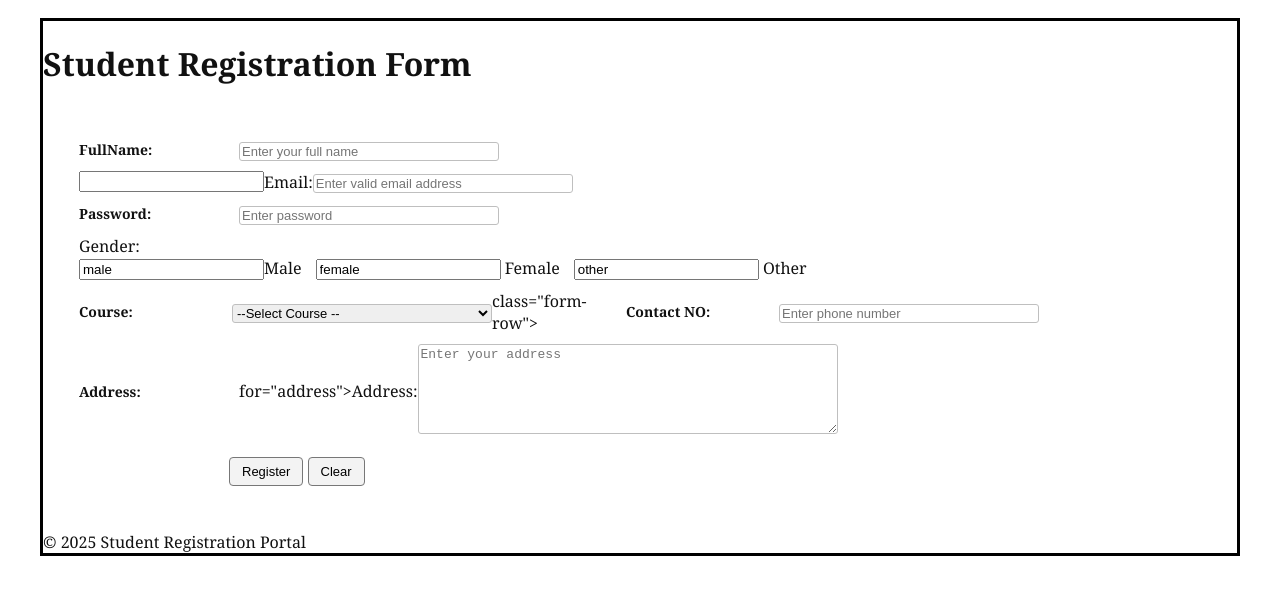
Repository: Glory998/ELCE1-32
Page: experiment5.html
These files come from the project's save history. The page is drawn as it stood at one moment and after the next save; the edit follows.
The browser window is 1280 px wide. The pictures show the whole page.

Above is the page before, as saved 2025-10-22 21:33:59.

After the next save:
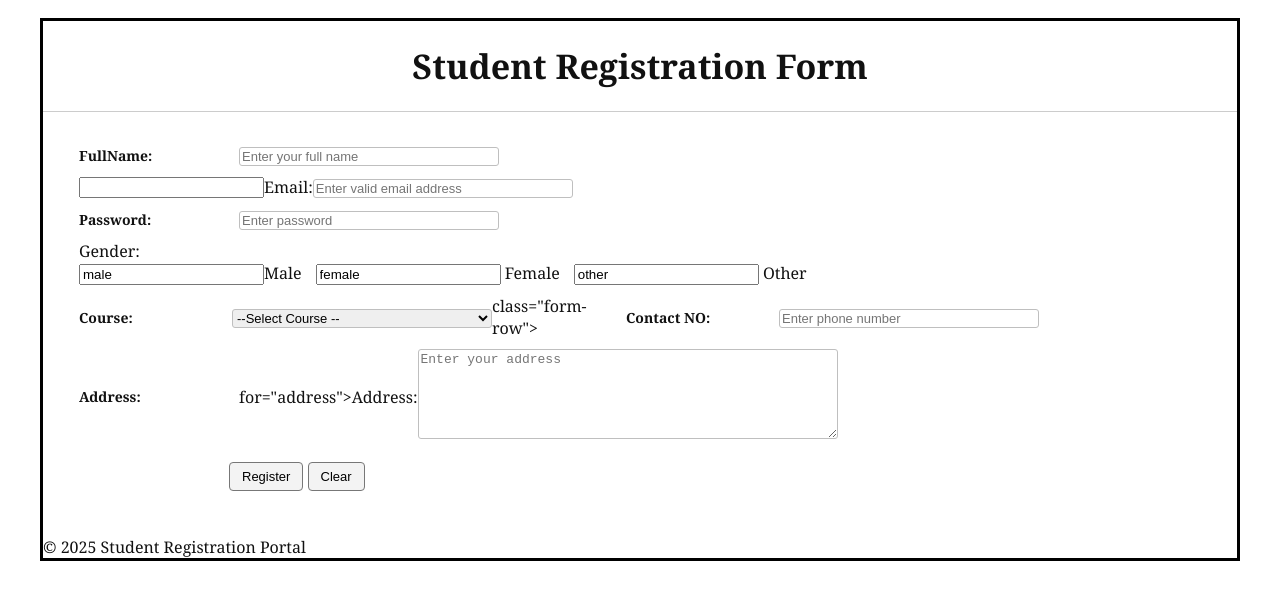
Saved 14 min 18 s later.
--- a/experiment5.html
+++ b/experiment5.html
@@ -13,6 +13,7 @@
                 background: #fff;
                 color: #111;
                      }
+
                      .page {
                         max-width: 1200px;
                         margin: 18px auto;
@@ -20,38 +21,45 @@
                         padding: 0;
                         box-sizing: border-box;
                      }
+
                      header {
                      text-align: center;
                      padding: 22px 10px;
                      border-bottom: 1px solid #ccc;
                     }
+
                     header h1 {
                        margin: 0;
                        font-size: 34px;
                        font-weight: 700;
                     }
+
                     main {
                         padding: 22px 36px;
                         min-height: 380px;
                     }
+
                     /* Form layout */
                     form {
                         max-width: 960px;
                         margin: 0;
                     }
-                    .form-row{
+
+                    .form-row {
                         display: flex;
                         align-items: center;
                         margin: 10px 0;
                     }
+
                     .form-row label {
                         width: 150px;
-                        label column width */
+                       /* label column width */
                         min-width: 120px;
                         margin-right: 10px;
                         font-weight: 600;
                         font-size: 14px;
                     }
+
                     .form-row .controls {
                         flex: 1;
                     }
@@ -69,11 +77,13 @@
                         box-sizing: border-box;
                         width: 260px;
                     }
+
                     textarea {
                         width: 420px;
                         height: 90px;
                         resize: vertical;
                     }
+
                     /* Radio group */
                     .radio-group {
                         display: inline-flex;
@@ -81,11 +91,13 @@
                         align-items: center;
                         font-weight: 400;
                     }
+
                     /* Buttons */
                     .form-actions {
                         margin-top: 18px;
                         margin-left: 150px; /* align with controls column */
                     }
+
                     button {
                         padding: 6px 12px;
                         border: 1px solid #777;
@@ -93,7 +105,7 @@
                         cursor: pointer;
                         border-radius: 4px;
                         font-size: 13px;
-                        /* Horizontol rule near */
+                        /* Horizontol rule near bottom */
                         .bottom-bar {
                         border-top: 1px solid #ccc;
                         padding: 18px 36px;
@@ -107,6 +119,7 @@
                             font-size: 13px;
                             color: #222;
                         }
+
                         /* Responsive */
                         @media (max-width: 700px) {
                             .form-row{
@@ -130,9 +143,12 @@
                         }
                         </style>
                         </head>
+                        <body>
                         <div class="page">
+                            <header>
                             <h1>Student Registration Form</h1>
                         </header>
+
                             <main>
                                 <!-- change method and action as per beckend-->
                                  <form action="#" method="post"
@@ -145,12 +161,13 @@
                                     placeholder="Enter your full name" required />
                                     </div>
                                     </div>
+
                                     <div class="form-row">
                                     <input id="email">Email:</label>
                                     <div class="controls">
                                         <input id="email"
                                         name="email" type="email"
-                                        placeholder="Enter valid email address" requires />
+                                        placeholder="Enter valid email address" required />
                                         </div>
                                         </div>
                                         <div class="form-row">
@@ -162,6 +179,7 @@
                                                 placeholder="Enter password" required minlength="6" />
                                                 </div>
                                                 </div>
+
                                                 <div class="form-now">
                                                     <label>Gender:</label>
                                                     <div class="controls">
